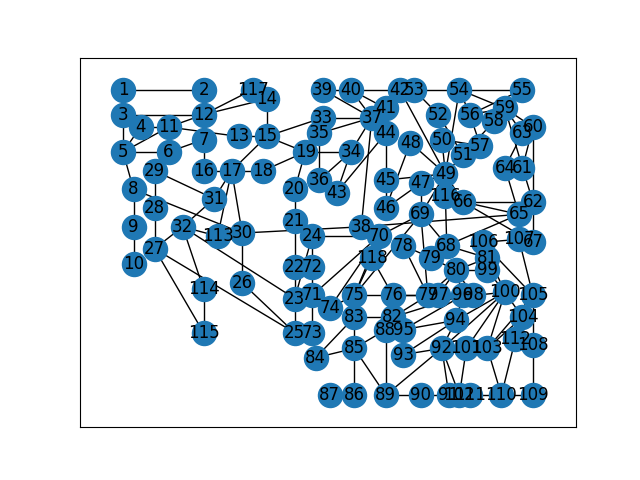
Repository: AyresNishio/Segmenta--o-118-barras
Script's output: python test_clustering.py
The author's editor kept a copy of each file at every save. The script's output is drawn from the files as they stood at one save, then again after the next save.
Each picture stacks the figures in order, with grey between them; figures that are only written to a file come last. Random numbers start from a fixed seed.

Above is the script's output before, as saved 2021-09-20 23:02:52.

After the next save:
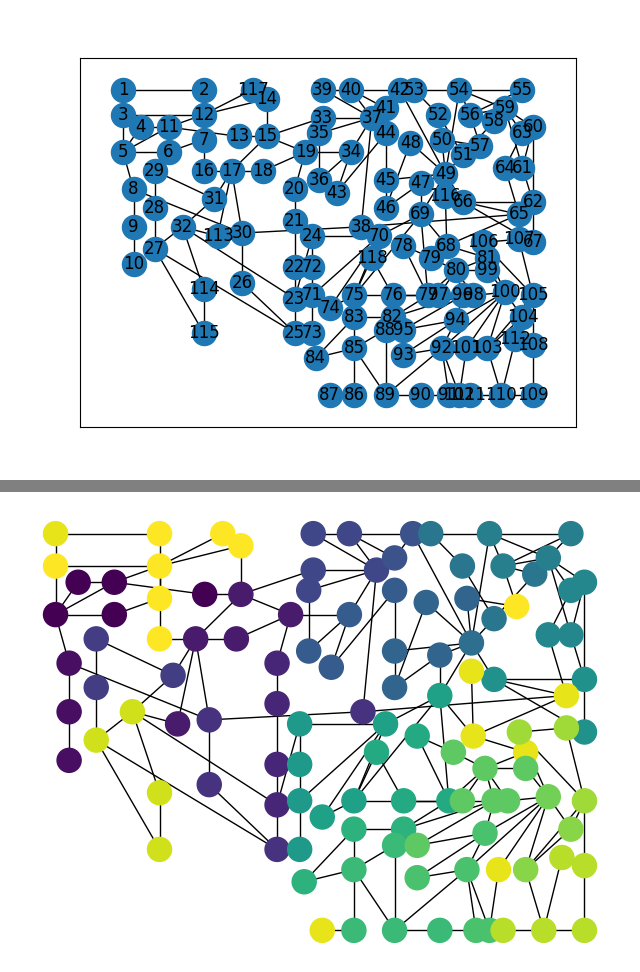
Saved 6 min 36 s later.
--- a/test_clustering.py
+++ b/test_clustering.py
@@ -194,3 +194,14 @@ for model in algorithms.values():
     model.fit(edge_mat)
     results.append(list(model.labels_))
 print("Models Fitted")
+
+#K-Means
+
+#Agglomerative Clustering
+
+#Spectral Clustering
+
+
+#Affinity
+nx.draw(G, coord, node_color=list(algorithms['affinity'].labels_),)
+plt.show()
